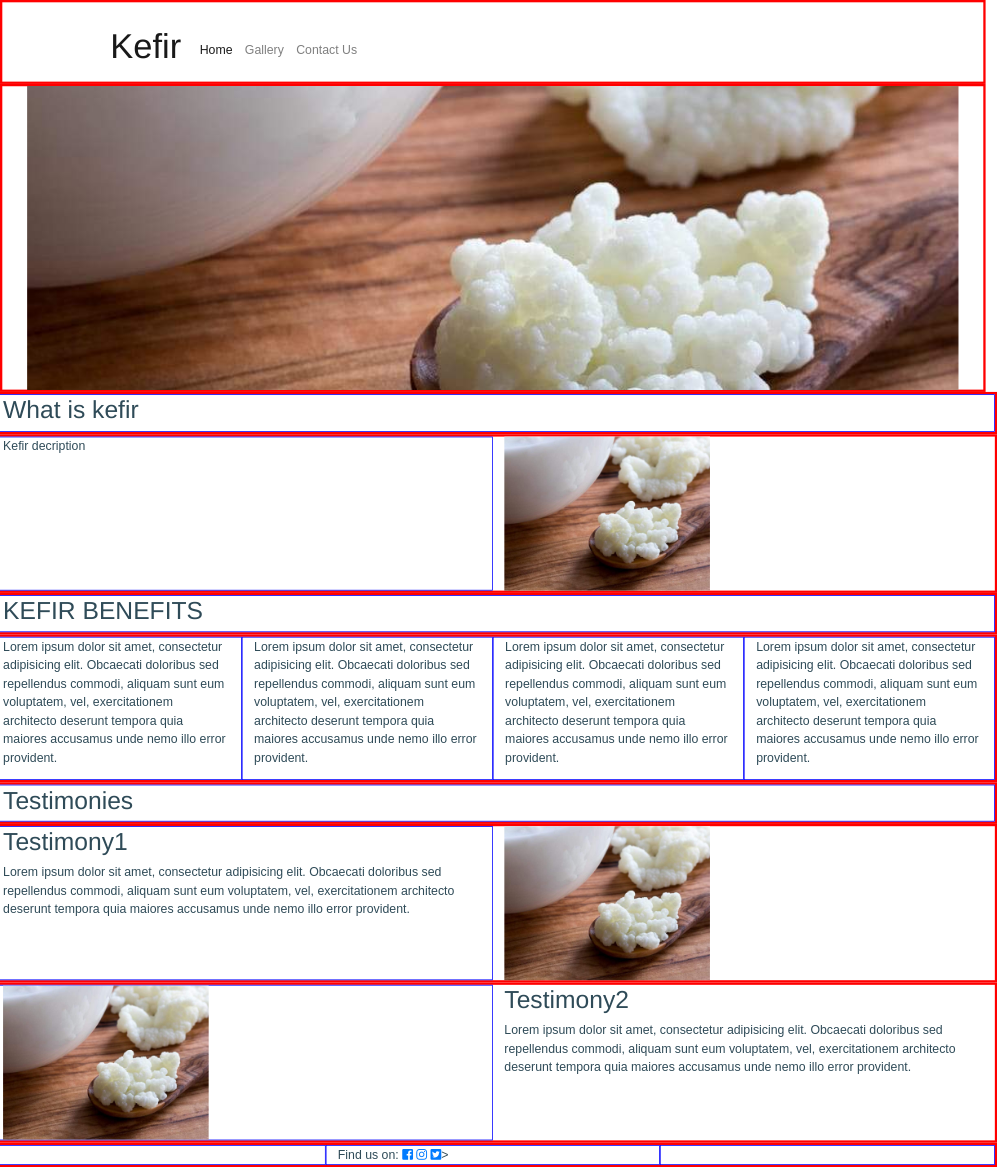
Repository: andna5980/kefir-web
Page: src/index.html
These files come from the project's save history. The page is drawn as it stood at one moment and after the next save; the edit follows.
The browser window is 1280 px wide. The page is 1295 px wide, so the pictures cover 1295 px, including what lies to the right of the window. The pictures show the whole page, at 77% of full size.
Some web fonts or font styles are not loaded; a fallback is used. Some web libraries are served in a nearby version.

Above is the page before, as saved 2021-02-28 13:06:43.

After the next save:
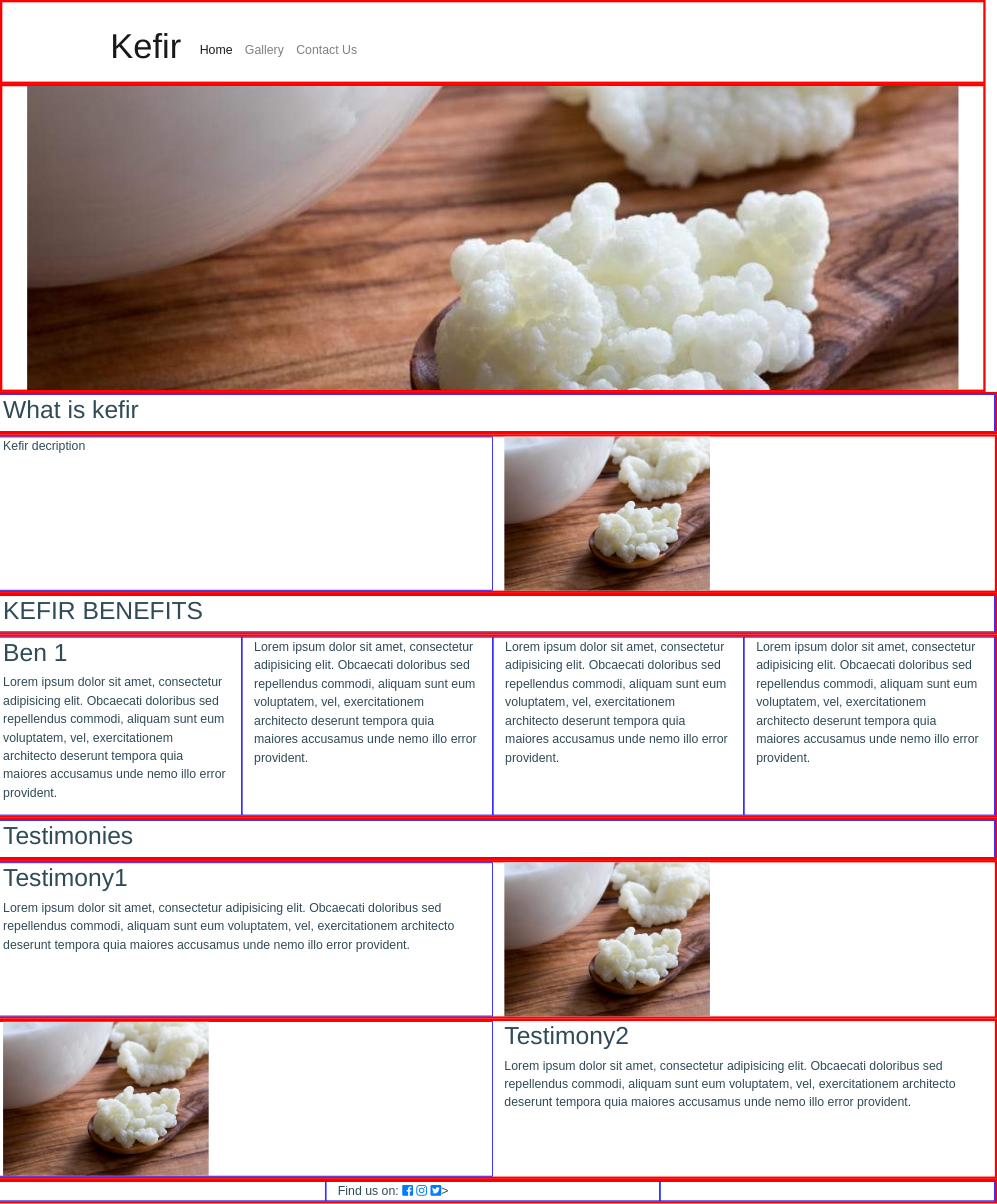
Saved 80 s later.
--- a/src/index.html
+++ b/src/index.html
@@ -82,6 +82,7 @@
 
     <div class=" test-red row">
       <div class="test-blue col-12 col-sm-6 col-md-3">
+        <h2>Ben 1</h2>
         <p>Lorem ipsum dolor sit amet, consectetur adipisicing elit. Obcaecati doloribus sed repellendus commodi,
           aliquam sunt eum voluptatem, vel, exercitationem architecto deserunt tempora quia maiores accusamus
           unde nemo illo error provident.</p>
